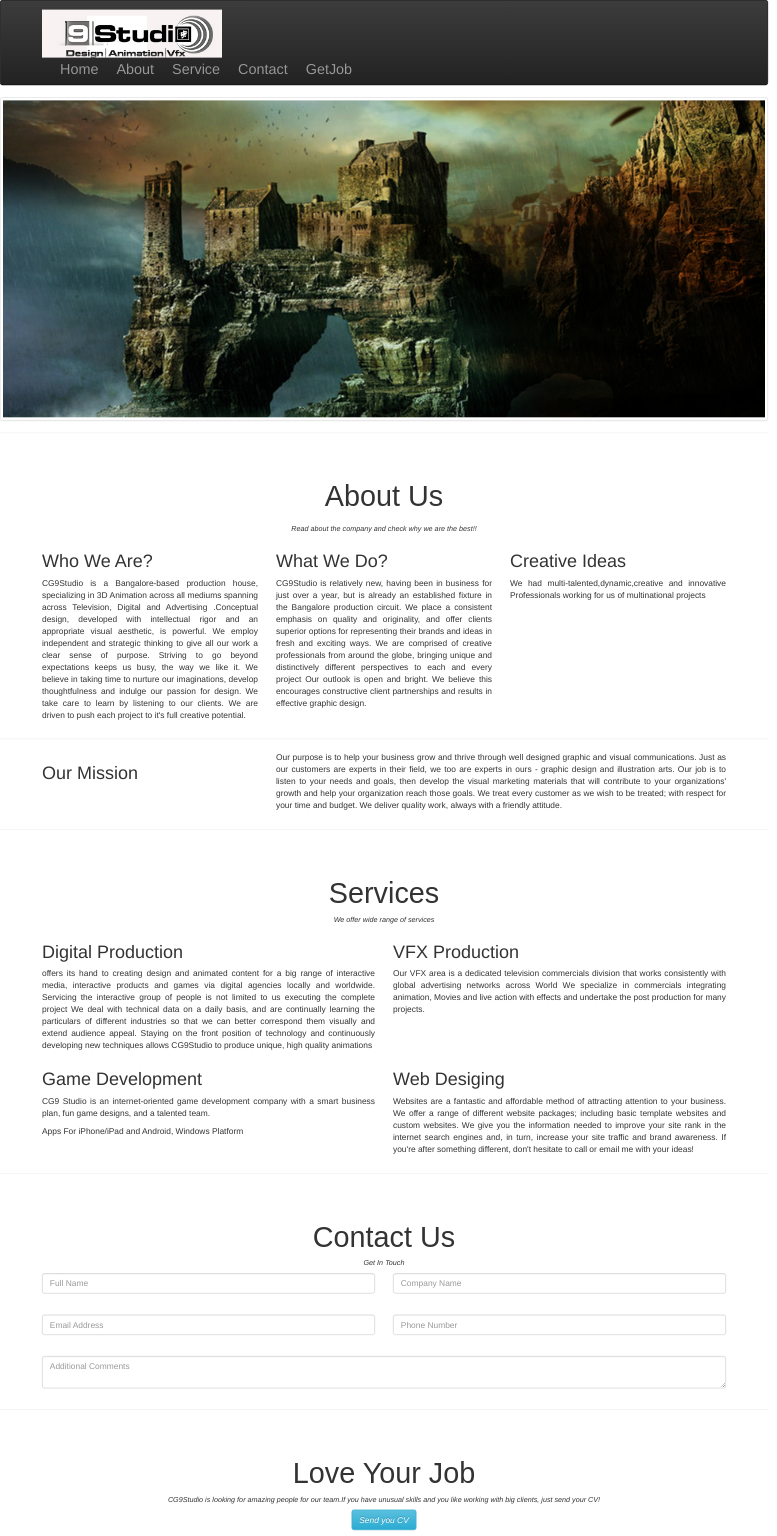
Repository: deepak6sp/BootstrapTheme1
Page: 9studio/WebContent/index.html
The author's editor kept a copy of each file at every save. The page is drawn from the files as they stood at one save, then again after the next save.
The browser window is 1280 px wide. The page is 1295 px wide, so the pictures cover 1295 px, including what lies to the right of the window. The pictures show the whole page, at 60% of full size.
Some web libraries are served in a nearby version.

Above is the page before, as saved 2014-07-23 13:38:10.

After the next save:
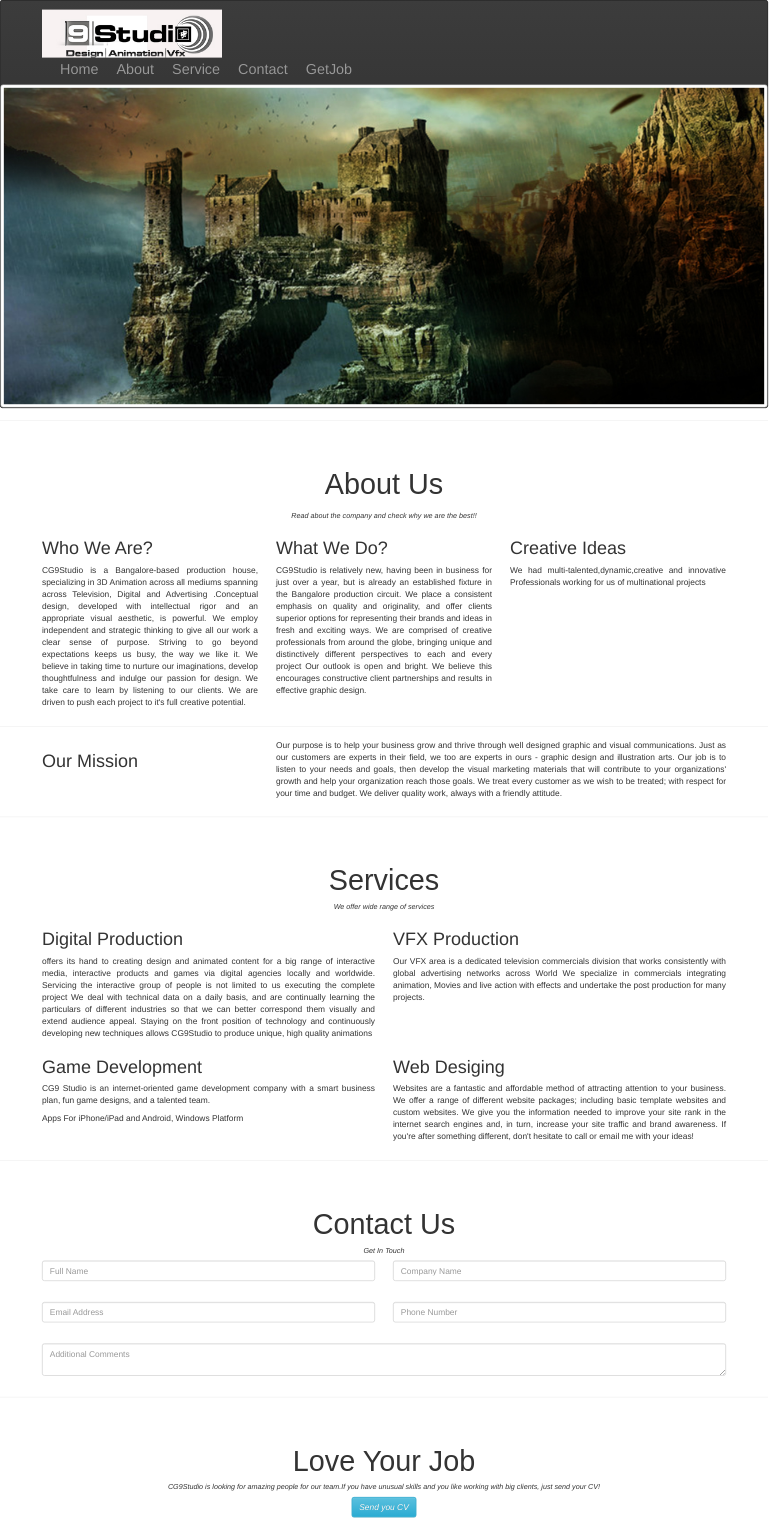
Saved 8 s later.
--- a/9studio/WebContent/index.html
+++ b/9studio/WebContent/index.html
@@ -29,9 +29,9 @@
 				</ul>
 			</div>
 		</div>
+		<img src="images/home1.jpg" class="img-thumbnail">
+	</header>
 
-	</header>
-	<img src="images/home1.jpg" class="img-thumbnail">
 	<hr><br></br>
 		<section id="about-us">
 			<div class="container">
